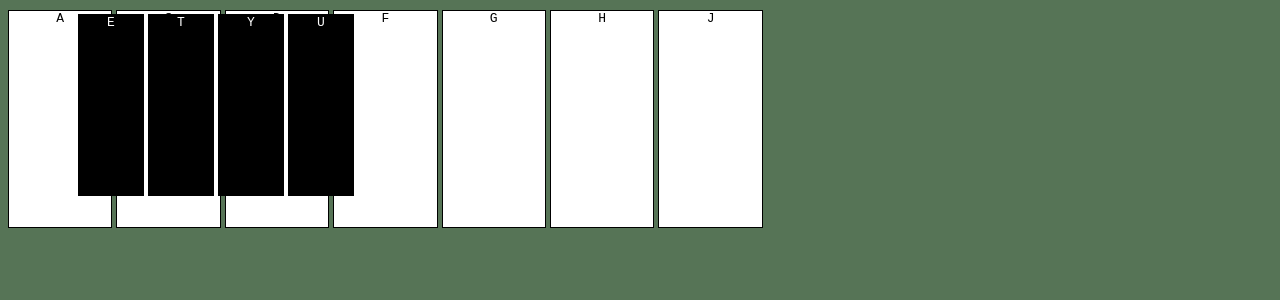
Repository: ctcoleman/Virtual-Piano
Page: index.html
The author's editor kept a copy of each file at every save. The page is drawn from the files as they stood at one save, then again after the next save.
The browser window is 1280 px wide. The pictures show the whole page.

Above is the page before, as saved 2020-07-20 08:58:25.

### index.html
<!DOCTYPE html>
<html>

<head>
    <meta charset="utf-8">
    <link type="text/css" rel="stylesheet" href="./index.css">
    <title>Chris's Keyboard Piano</title>
</head>

<body>
    <div class="white-keys-container">
        <kbd class="white-key" id="KeyA">A</kbd>
        <kbd class="white-key" id="KeyS">S</kbd>
        <kbd class="white-key" id="KeyD">D</kbd>
        <kbd class="white-key" id="KeyF">F</kbd>
        <kbd class="white-key" id="KeyG">G</kbd>
        <kbd class="white-key" id="KeyH">H</kbd>
        <kbd class="white-key" id="KeyJ">J</kbd>
    </div>
    <div class="black-keys-container">
        <kbd class="black-key" id="KeyW">W</kbd>
        <kbd class="black-key" id="KeyE">E</kbd>
        <kbd class="black-key" id="KeyT">T</kbd>
        <kbd class="black-key" id="KeyY">Y</kbd>
        <kbd class="black-key" id="KeyU">U</kbd>
    </div>
    <script src="./index.js"></script>
</body>

</html>

### index.css
html {
    background: rgba(1, 46, 1, 0.664);
    color: black;
    box-sizing: border-box;
}

.white-key-container {
    margin: 15vh 15vw;
    width: 70vw;
    position: relative;
}
.white-key {
    text-align: center;
    display: inline-block;
    width: 8vw;
    height: 30vh;
    background: white;
    border: 1px solid black;
}

.black-key-container {
    margin: 10vh 5vw;
    width: 70vw;
}
.black-key {
    position: relative;
    z-index: 1;
    top: -30vh;
    text-align: center;
    display: inline-block;
    width: 5vw;
    height: 25vh;
    background: black;
    color: white;
    border: 1px solid black;
}
#KeyW {
    right: 40vw;
}
/* #KeyE {
    right: 40vw;
}
#KeyT {
    right: 40vw;
}
#KeyY {
    right: 40vw;
}
#KeyU {
    right: 40vw;
} */

### index.js
const aKey = document.getElementById('KeyA')
const sKey = document.getElementById('KeyS')
const dKey = document.getElementById('KeyD')
const fKey = document.getElementById('KeyF')
const gKey = document.getElementById('KeyG')
const hKey = document.getElementById('KeyH')
const jKey = document.getElementById('KeyJ')
const wKey = document.getElementById('KeyW')
const eKey = document.getElementById('KeyE')
const tKey = document.getElementById('KeyT')
const yKey = document.getElementById('KeyY')
const uKey = document.getElementById('KeyU')






const keys = [aKey, sKey, dKey, fKey, gKey, hKey, jKey, wKey, eKey, tKey, yKey, uKey]
console.log(keys)
document.addEventListener('keypress', (keyPressed) => {
    const key = keyPressed.code
    switch (key) {
        case keys[0].id:
            new Audio('./keys/A.mp3').play()
            break
        case keys[1].id:
            new Audio('./keys/S.mp3').play()
            break
        case keys[2].id:
            new Audio('./keys/D.mp3').play()
            break
        case keys[3].id:
            new Audio('./keys/F.mp3').play()
            break
        case keys[4].id:
            new Audio('./keys/G.mp3').play()
            break
        case keys[5].id:
            new Audio('./keys/H.mp3').play()
            break
        case keys[6].id:
            new Audio('./keys/J.mp3').play()
            break
        case keys[7].id:
            new Audio('./keys/W.mp3').play()
            break
        case keys[8].id:
            new Audio('./keys/E.mp3').play()
            break
        case keys[9].id:
            new Audio('./keys/T.mp3').play()
            break
        case keys[10].id:
            new Audio('./keys/Y.mp3').play()
            break
        case keys[11].id:
            new Audio('./keys/U.mp3').play()
            break
        default:
            console.log('Invalid Key Press')
    }
})

After the next save:
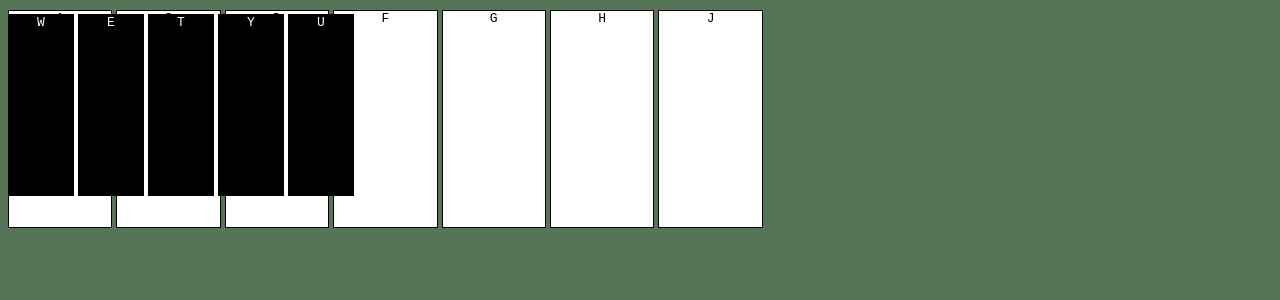
Saved 7 s later.
--- a/index.css
+++ b/index.css
@@ -35,7 +35,7 @@
     border: 1px solid black;
 }
 #KeyW {
-    right: 40vw;
+    right: ;
 }
 /* #KeyE {
     right: 40vw;

After the 2 saves that followed:
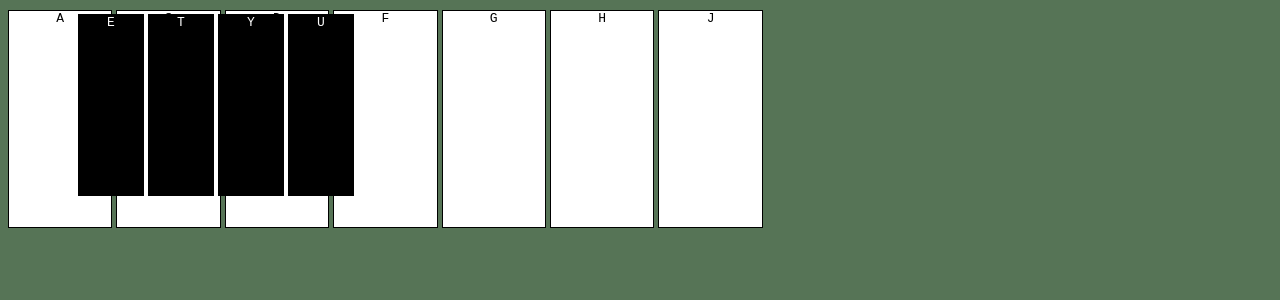
The 2 saves are shown as one change because they came seconds apart.
The last was saved 15 s later.
--- a/index.css
+++ b/index.css
@@ -35,7 +35,7 @@
     border: 1px solid black;
 }
 #KeyW {
-    right: ;
+    right: 10%;
 }
 /* #KeyE {
     right: 40vw;
